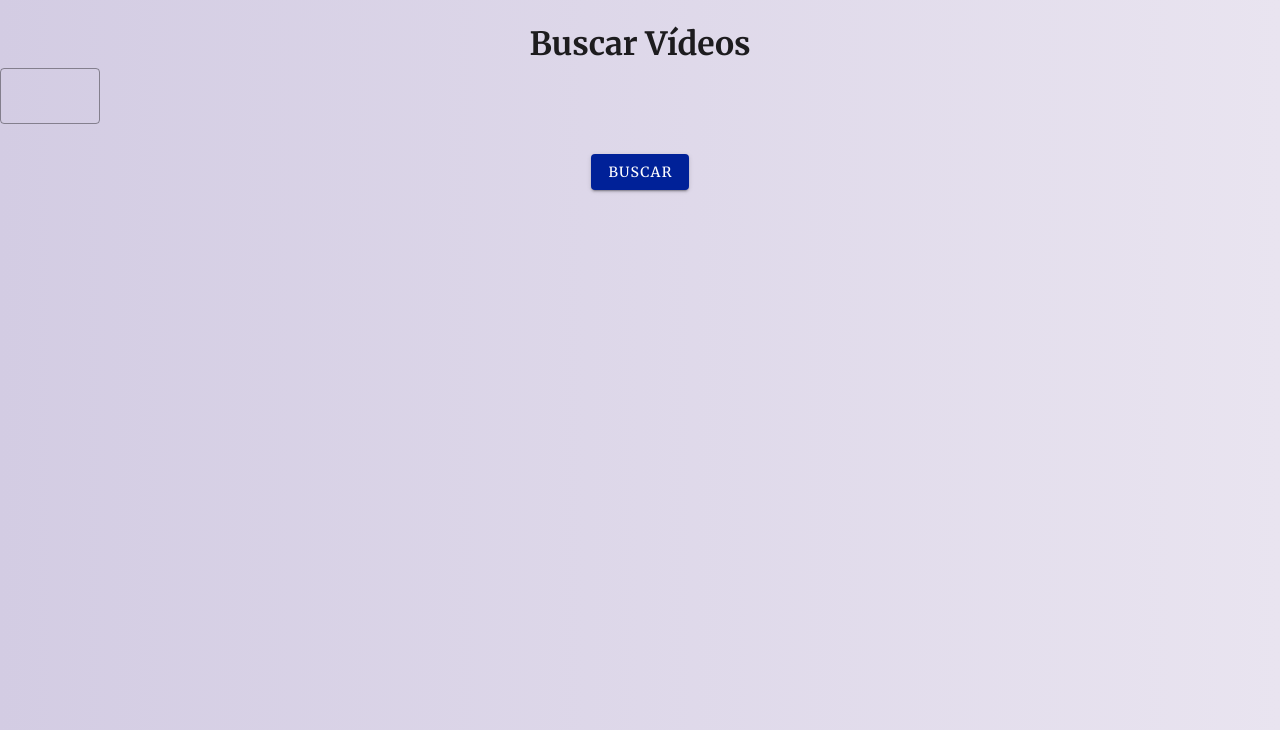
Repository: LucianoBitt/testVertex
Page: /
The author's editor kept a copy of each file at every save. The page is drawn from the files as they stood at one save, then again after the next save.
The browser window is 1280 px wide. The pictures show the whole page.
The project was rebuilt for these pictures with package versions that can differ from the ones it lists, and the page was loaded fresh each time. Also part of the build but not shown: vue.config.js, src/plugins/api/conectApi.js, src/plugins/mixins/MixinBuscaApi.js, src/style/app.styl, src/style/resetStyles.styl.

Above is the page before, as saved 2024-01-23 10:28:06.

After the next save:
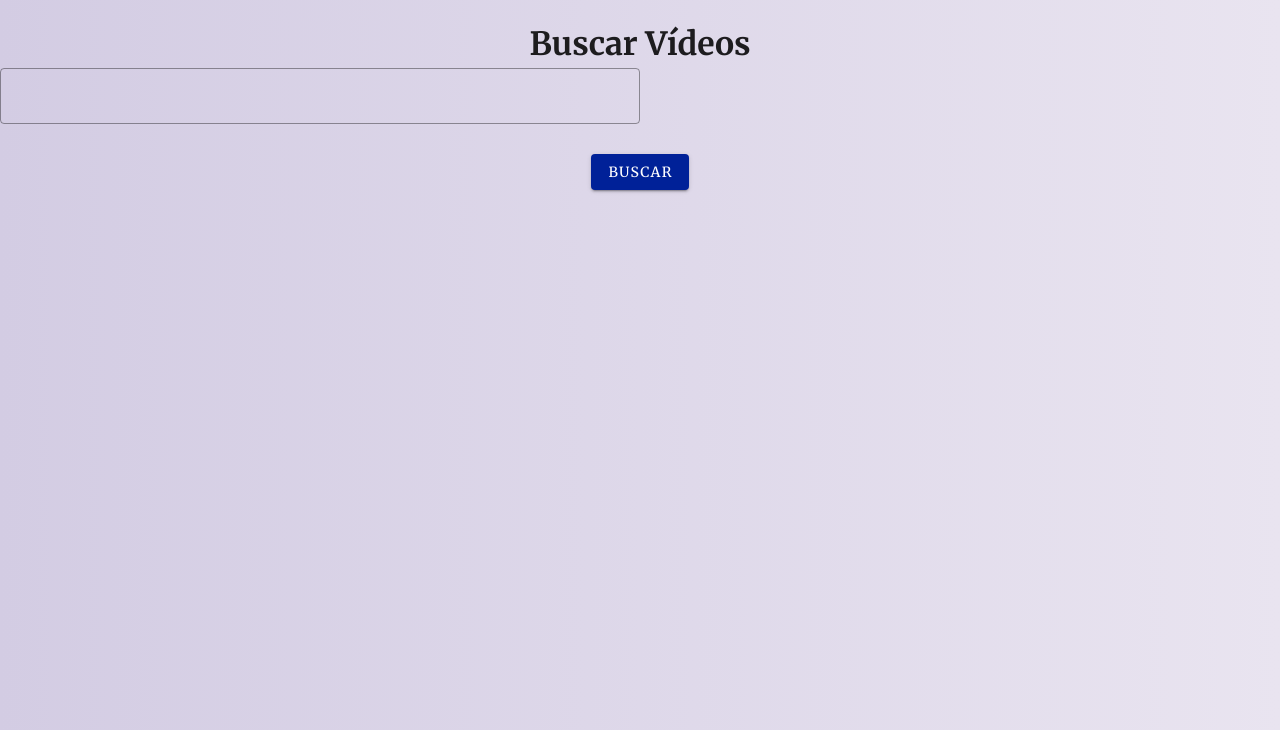
Saved 8 s later.
--- a/src/App.vue
+++ b/src/App.vue
@@ -84,7 +84,7 @@ export default {
 }
 
 .v-text-field{
-  width: 100px;
+  width: 50%;
 }
 </style>
 
